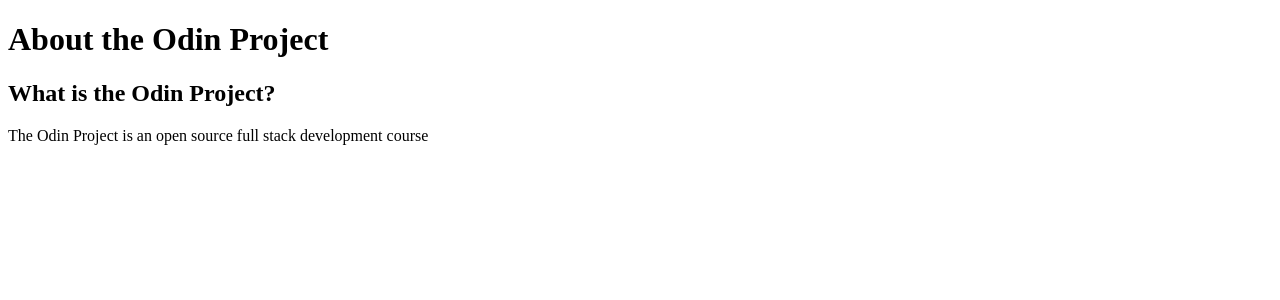
Repository: j0vesday/git_test
Page: root/odin-links-and-images/pages/about.html
These files come from the project's save history. The page is drawn as it stood at one moment and after the next save; the edit follows.
The browser window is 1280 px wide. The pictures show the whole page.

Above is the page before, as saved 2024-09-27 04:35:47.

### root/odin-links-and-images/pages/about.html
<!DOCTYPE html>
<!DOCTYPE html>
<html lang="en">
<head>
    <meta charset="UTF-8">
    <meta name="viewport" content="width=device-width, initial-scale=1.0">
    <title>About Page</title>
    <h1> About the Odin Project</h1>
</head>
<body>
  <h2>What is the Odin Project?</h2>
  <p>The Odin Project is an open source full stack development course</p>
</body>
</html>

After the next save:
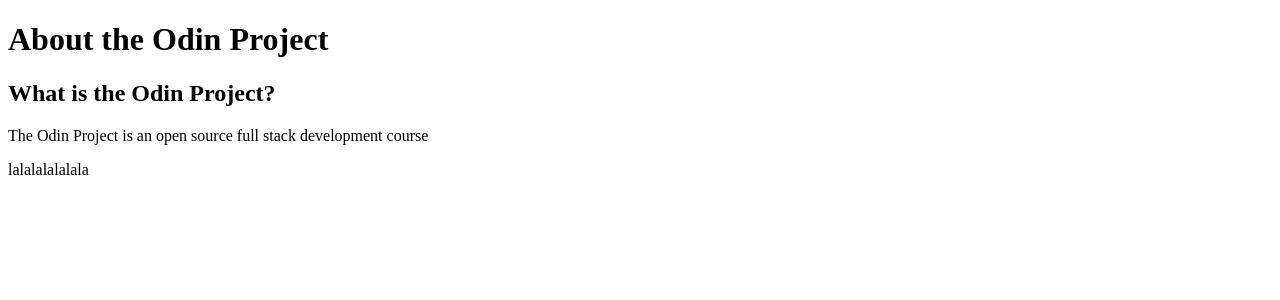
Saved 34 s later.
--- a/root/odin-links-and-images/pages/about.html
+++ b/root/odin-links-and-images/pages/about.html
@@ -10,5 +10,9 @@
 <body>
   <h2>What is the Odin Project?</h2>
   <p>The Odin Project is an open source full stack development course</p>
+
+  <p>lalalalalalala
+
+  </p>
 </body>
 </html>
